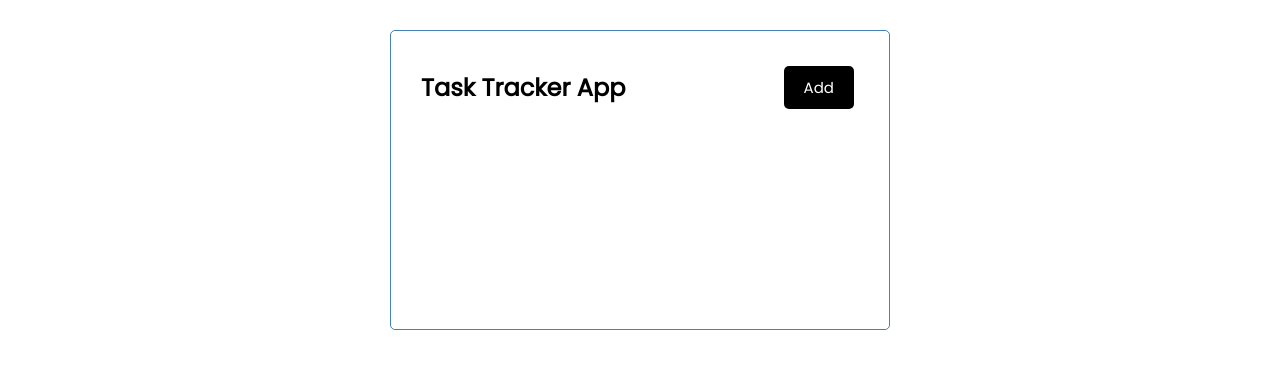
Repository: feyroozecode/task_tracker
Page: /
An editor plug-in stored every save of this project. The page is shown before and after the next save, followed by the edit.
The browser window is 1280 px wide. The pictures show the whole page.
The project was rebuilt for these pictures with package versions that can differ from the ones it lists, and the page was loaded fresh each time.

Above is the page before, as saved 2023-10-19 16:58:03.

### public/index.html
<!DOCTYPE html>
<html lang="en">
  <head>
    <meta charset="utf-8" />
    <link rel="icon" href="%PUBLIC_URL%/favicon.ico" />
    <meta name="viewport" content="width=device-width, initial-scale=1" />
    <meta name="theme-color" content="#000000" />
    <meta
      name="description"
      content="Web site created using create-react-app"
    />
    <link rel="apple-touch-icon" href="%PUBLIC_URL%/logo192.png" />

    <link rel="manifest" href="%PUBLIC_URL%/manifest.json" />

    <title>React App</title>
  </head>
  <body>
    <noscript>You need to enable JavaScript to run this app.</noscript>

    <div id="root"></div>

  </body>
</html>

### src/App.js
import Header from './components/Header'

const App = ()  => {
   const appName = 'Task Tracker App'

   return (
     <div className="container">
      <Header title={appName} />
     </div>
   );

}

export default App;

### src/components/Header.js
import PropTypes from 'prop-types'
import AddButton from './AddButton'

const Header = ({ title }) => {
    return (
        <header className='header'>
            <h2 > { title } </h2>
            <AddButton text='Add' />

        </header>
    )
}

// set default title
Header.defaultProps = {
    title: 'Task Tracker'
}

Header.propTypes = {
    title: PropTypes.string.isRequired
}

// styles
const headingStyles = {
    color: 'wheat',
    backgroundColor: 'green',
    textAlign: 'center'
}

export default Header

### src/components/AddButton.js

const AddButton = ({color, text}) => {
    return (
     <button
      className='btn'
     style={{ backgroundColor: color }}
     > {text} </button>
    )
}



export default AddButton

Loaded but not shown: src/index.js (common file); src/index.css (common file)

After the next save:
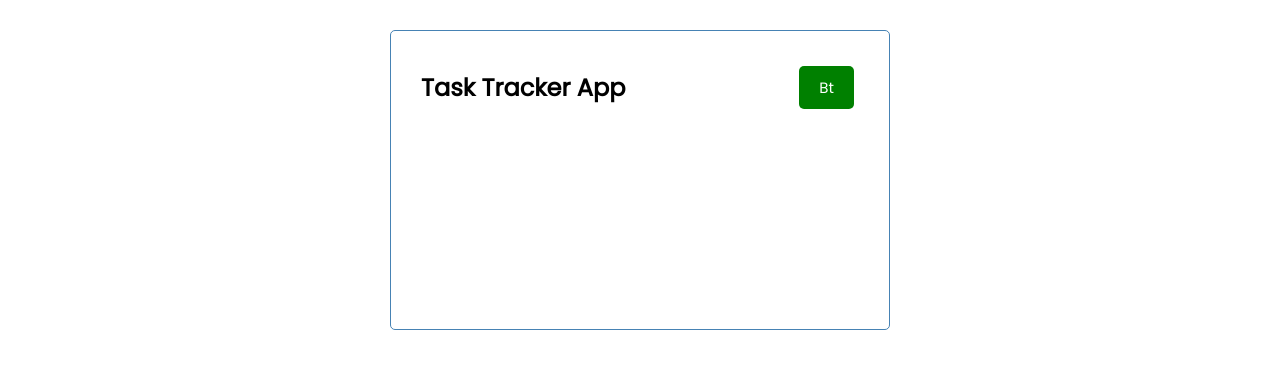
Saved 25 s later.
--- a/src/components/Header.js
+++ b/src/components/Header.js
@@ -5,7 +5,7 @@ const Header = ({ title }) => {
     return (
         <header className='header'>
             <h2 > { title } </h2>
-            <AddButton text='Add' />
+            <AddButton color='green' text='Bt' />
 
         </header>
     )
